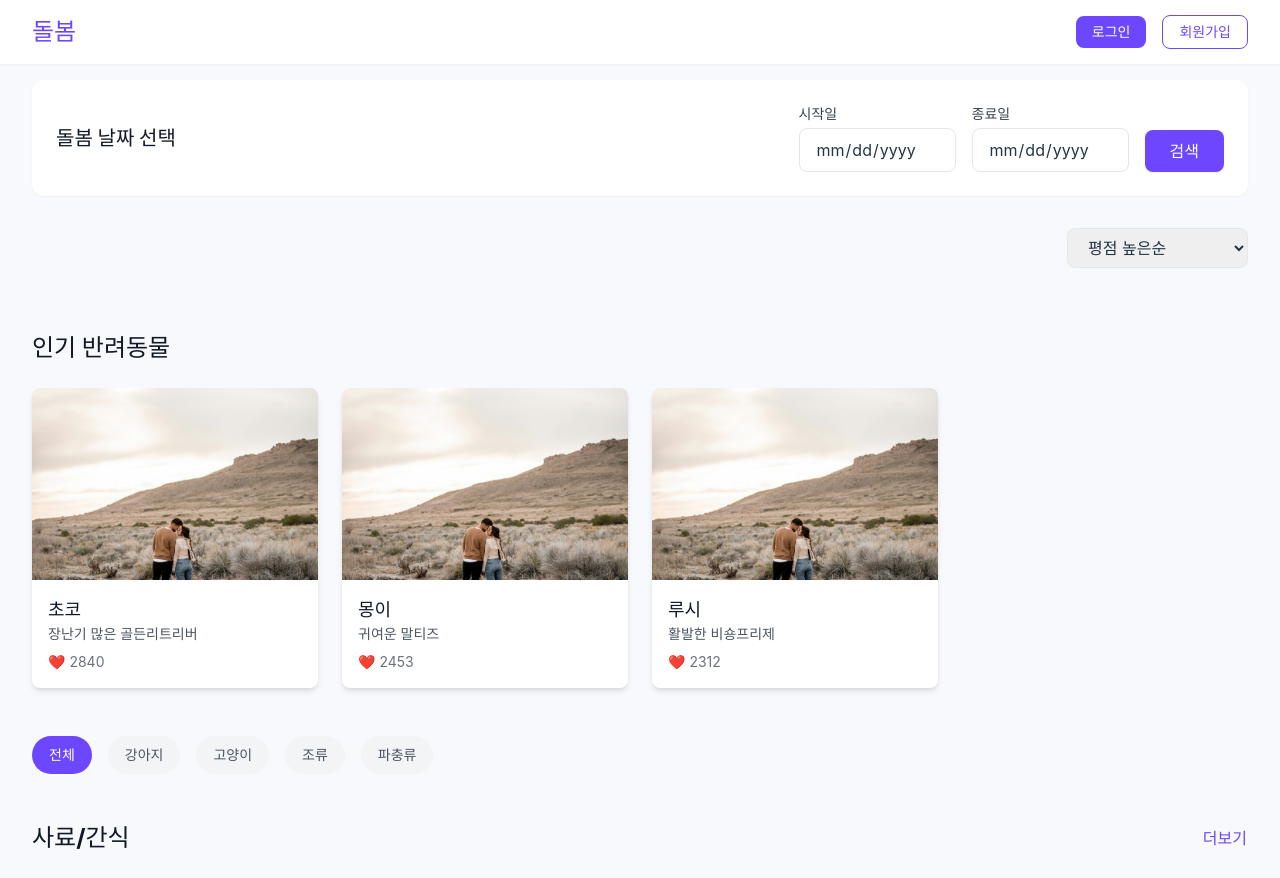
Repository: kksshh0612/pet-care-client
Page: /service
The author's editor kept a copy of each file at every save. The page is drawn from the files as they stood at one save, then again after the next save.
The browser window is 1280 px wide. The pictures show the whole page.
The page's requests for data from a server got no answer. The project was rebuilt for these pictures with package versions that can differ from the ones it lists, and the page was loaded fresh each time. No one was signed in, and anything a server would have sent is missing. Also part of the build but not shown: vite.config.js, src/components/MainPage.vue, src/components/MemberLogin.vue, src/components/SignUp.vue, src/components/modals/ChangePasswordModal.vue, src/components/modals/EditProfileModal.vue, src/components/modals/WithdrawModal.vue, src/components/modals/PetSitterRegisterModal.vue and 6 more.

Above is the page before, as saved 2025-02-18 10:08:25.

After the next save:
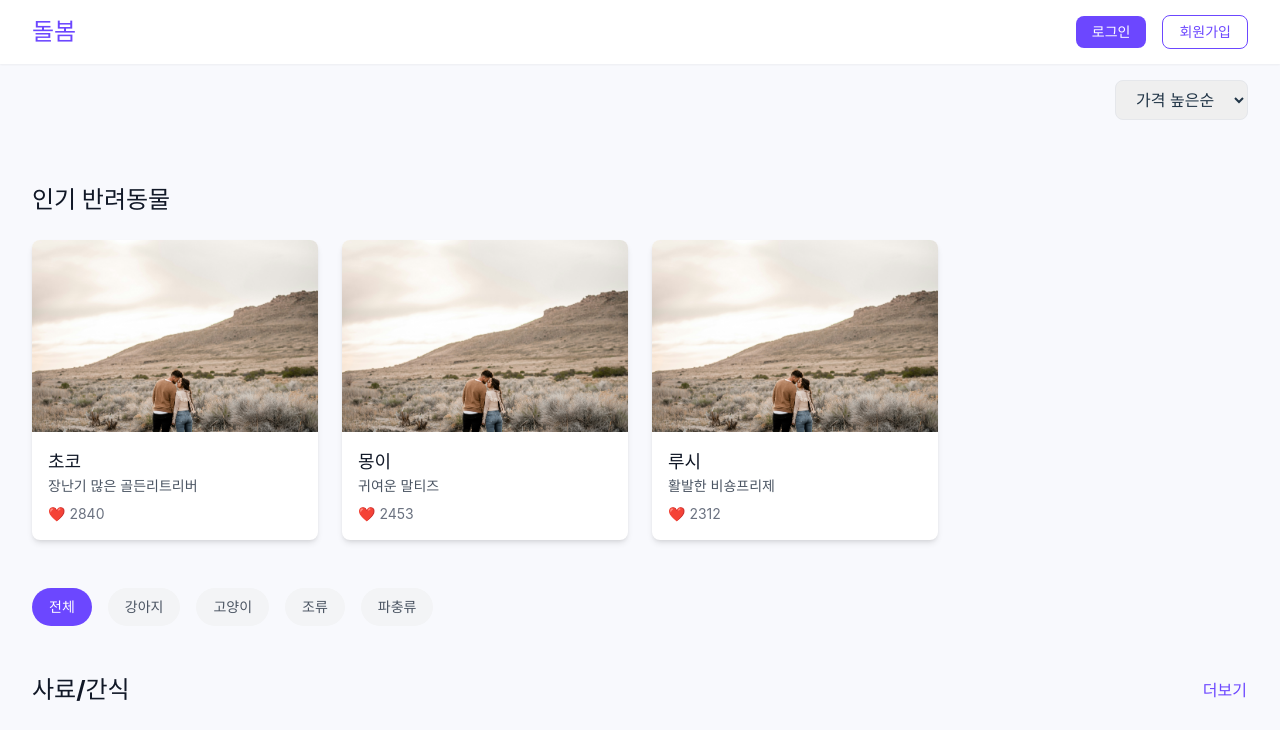
Saved 2 min 51 s later.
--- a/src/components/ServicePage.vue
+++ b/src/components/ServicePage.vue
@@ -1,51 +1,14 @@
 <template>
   <div class="min-h-screen bg-[#F8F9FD] pt-20">
     <div class="max-w-7xl mx-auto px-4 sm:px-6 lg:px-8">
-      <!-- 날짜 필터 섹션 -->
-      <div class="bg-white rounded-xl shadow-sm p-6 mb-8">
-        <div class="flex items-center justify-between flex-wrap gap-4">
-          <h2 class="text-xl font-bold text-gray-900">돌봄 날짜 선택</h2>
-          <div class="flex gap-4">
-            <div class="relative">
-              <label class="block text-sm font-medium text-gray-700 mb-1">시작일</label>
-              <input
-                type="date"
-                v-model="startDate"
-                class="px-4 py-2 border border-gray-200 rounded-lg focus:outline-none focus:ring-2 focus:ring-[#6C47FF]/20 focus:border-[#6C47FF]"
-                :min="today"
-              >
-            </div>
-            <div class="relative">
-              <label class="block text-sm font-medium text-gray-700 mb-1">종료일</label>
-              <input
-                type="date"
-                v-model="endDate"
-                class="px-4 py-2 border border-gray-200 rounded-lg focus:outline-none focus:ring-2 focus:ring-[#6C47FF]/20 focus:border-[#6C47FF]"
-                :min="startDate"
-              >
-            </div>
-            <button
-              @click="filterServices"
-              class="self-end px-6 py-2 bg-[#6C47FF] text-white rounded-lg hover:bg-[#5835FF] transition-colors shadow-sm hover:shadow-md"
-            >
-              검색
-            </button>
-          </div>
-        </div>
-      </div>
-
-      <!-- 정렬 옵션 추가 -->
+      <!-- 정렬 옵션 -->
       <div class="flex justify-end mb-4">
         <select
           v-model="sortOption"
           class="px-4 py-2 border border-gray-200 rounded-lg focus:outline-none focus:ring-2 focus:ring-[#6C47FF]/20 focus:border-[#6C47FF]"
         >
-          <option value="RATING_DESC">평점 높은순</option>
-          <option value="RATING_ASC">평점 낮은순</option>
           <option value="FEE_DESC">가격 높은순</option>
           <option value="FEE_ASC">가격 낮은순</option>
-          <option value="TOTAL_SERVICE_COUNT_DESC">서비스 횟수 많은순</option>
-          <option value="TOTAL_SERVICE_COUNT_ASC">서비스 횟수 적은순</option>
         </select>
       </div>
 
@@ -352,8 +315,6 @@ export default {
   name: 'ServicePage',
   data() {
     return {
-      startDate: '',
-      endDate: '',
       services: [],
       popularPets: [
         {
@@ -403,7 +364,7 @@ export default {
         endDate: ''
       },
       dateError: '',
-      sortOption: 'RATING_DESC',
+      sortOption: 'FEE_DESC',
       serviceTypeLabels: {
         'WALK': '산책',
         'VISIT_CARE': '방문 돌봄',
@@ -420,36 +381,14 @@ export default {
     ...mapState({
       isLoggedIn: state => state.isLoggedIn
     }),
-    today() {
-      return new Date().toISOString().split('T')[0]
-    },
-    filteredServices() {
-      if (!this.startDate || !this.endDate) return this.services
-
-      return this.services.filter(service => {
-        const serviceDate = new Date(service.availableDay)
-        const filterFrom = new Date(this.startDate)
-        const filterTo = new Date(this.endDate)
-
-        return serviceDate >= filterFrom && serviceDate <= filterTo
-      })
-    },
     sortedServices() {
-      const services = [...this.filteredServices]
+      const services = [...this.services]
 
       switch (this.sortOption) {
-        case 'RATING_DESC':
-          return services.sort((a, b) => b.rating - a.rating)
-        case 'RATING_ASC':
-          return services.sort((a, b) => a.rating - b.rating)
         case 'FEE_DESC':
           return services.sort((a, b) => b.price - a.price)
         case 'FEE_ASC':
           return services.sort((a, b) => a.price - b.price)
-        case 'TOTAL_SERVICE_COUNT_DESC':
-          return services.sort((a, b) => b.totalCare - a.totalCare)
-        case 'TOTAL_SERVICE_COUNT_ASC':
-          return services.sort((a, b) => a.totalCare - b.totalCare)
         default:
           return services
       }
@@ -476,9 +415,6 @@ export default {
         console.error('펫시터 서비스 목록 조회 실패:', error)
       }
     },
-    filterServices() {
-      console.log('필터링된 서비스:', this.filteredServices)
-    },
     formatDate(date) {
       return new Date(date).toLocaleDateString('ko-KR', {
         year: 'numeric',
